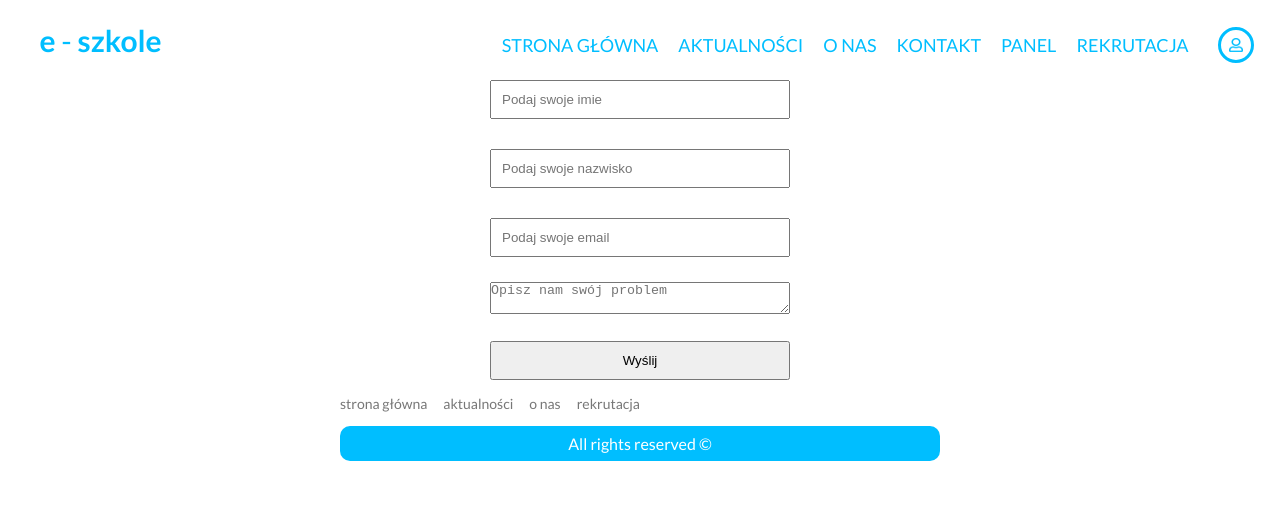
Repository: Votex874/e-szkole
Page: /kontakt (app in app/)
The author's editor kept a copy of each file at every save. The page is drawn from the files as they stood at one save, then again after a run of saves.
The browser window is 1280 px wide. The pictures show the whole page.
The project was rebuilt for these pictures with package versions that can differ from the ones it lists, and the page was loaded fresh each time. Also part of the build but not shown: app/src/components/News/Title/index.js, app/src/components/News/Content/index.js, app/src/components/News/Avatar/index.js, app/src/components/News/Footer/index.js, app/src/components/SectionTitle/index.js, app/src/components/News/index.js, app/src/components/AboutUs/Content/index.js, app/src/components/AboutUs/index.js and 21 more.

Above is the page before, as saved 2019-03-11 09:56:58.

### app/src/index.js
import React from 'react';
import ReactDOM from 'react-dom';
import App from './App';
import * as serviceWorker from './serviceWorker';
import { createStore } from 'redux';
import { Provider } from 'react-redux';
import rootReducer from './reducers/rootReducer'

const store = createStore(rootReducer);

ReactDOM.render(<Provider store={store}><App /></Provider>, document.getElementById('root'));

// If you want your app to work offline and load faster, you can change
// unregister() to register() below. Note this comes with some pitfalls.
// Learn more about service workers: http://bit.ly/CRA-PWA
serviceWorker.unregister();

### app/src/App.js
import React, { Component } from 'react';
import { Route, BrowserRouter, Switch } from 'react-router-dom'
import './reset.scss'

import Home from './containers/Home/index'
import Login from './containers/Login/index'
import Contact from './containers/Contact/index'
import News from './containers/News/index'
import About from './containers/About/index'
import Recruitment from './containers/Recruitment/index'

class App extends Component {
  render() {
    return (
      <BrowserRouter>
        <Switch>
          <Route exact path='/' component={Home} />
          <Route path='/login' component={Login} />
          <Route path='/kontakt' component={Contact} />
          <Route path='/blog' component={News} />
          <Route path='/o-nas' component={About} />
          <Route path='/rekrutacja' component={Recruitment} />
        </Switch>
      </BrowserRouter>
    );
  }
}

export default App;

### app/src/reset.scss
html, body, div, span, applet, object, iframe,
h1, h2, h3, h4, h5, h6, p, blockquote, pre,
a, abbr, acronym, address, big, cite, code,
del, dfn, em, img, ins, kbd, q, s, samp,
small, strike, strong, sub, sup, tt, var,
b, u, i, center,
dl, dt, dd, ol, ul, li,
fieldset, form, label, legend,
table, caption, tbody, tfoot, thead, tr, th, td,
article, aside, canvas, details, embed,
figure, figcaption, footer, header, hgroup,
menu, nav, output, ruby, section, summary,
time, mark, audio, video {
	margin: 0;
	padding: 0;
	border: 0;
	font-size: 100%;
	font: inherit;
	vertical-align: baseline;
}
/* HTML5 display-role reset for older browsers */
article, aside, details, figcaption, figure,
footer, header, hgroup, menu, nav, section {
	display: block;
}
body {
	line-height: 1;
}
ol, ul {
	list-style: none;
}
blockquote, q {
	quotes: none;
}
blockquote:before, blockquote:after,
q:before, q:after {
	content: '';
	content: none;
}
table {
	border-collapse: collapse;
	border-spacing: 0;
}
@import url('https://fonts.googleapis.com/css?family=Lato:300,300i,400,400i,700&amp;subset=latin-ext');

 body {
	font-family: 'Lato', sans-serif;
 }

 a{
	 text-decoration: none;
 }

### app/src/containers/Contact/index.js
import React, { Component } from 'react'

import HeaderMain from '../../components/HeaderMain/index';
import Footer from '../../components/Footer/index'
import Form from '../../components/Form/index'

class Contact extends Component {
  render(){
    return (
      <React.Fragment>
        <HeaderMain />
        <Form />
        <Footer />
      </React.Fragment>
    )
  }
}

export default Contact

### app/src/components/HeaderMain/index.js
import React, { Component } from 'react';
import styled from 'styled-components'
import Logo from '../Logo/index'
import Navigation from '../Nav/index'
import Hamburger from '../Hamburger/index'

const Header = styled.header`
 max-width: 1400px;
 height: 100px;
 margin: 0 auto;
 display: flex;
 justify-content: space-between;
 align-items: center;
 box-sizing: border-box;
 margin-top: 15px;
 @media (max-width: 1400px){
   width: 96%;
   height: 50px;
   align-items: center;
 }
`

class HeaderMain extends Component {
  constructor(props){
    super(props)

    this.state = {
      width: 0
    }
  }

  componentDidMount = () => {
    this.updateWindowDimensions();
    window.addEventListener('resize', this.updateWindowDimensions);
  }

  componentWillUnmount = () => {
    window.removeEventListener('resize', this.updateWindowDimensions);
  }

  updateWindowDimensions = () => {
    this.setState({ width: window.innerWidth });
  }

  render() {
    const { width } = this.state;
    return (
      <Header>
        <Logo />
        { width <= 767 ? <Hamburger /> : <Navigation /> }
      </Header>
    );
  }
}

export default HeaderMain;

### app/src/components/Footer/index.js
import React, { Component } from 'react'
import styled from 'styled-components'
import FooterNav from './FooterNav/index'
import { lightBlue } from '../../constColors'

const FooterContainer = styled.footer`
  width: 600px;
  margin: 0 auto;
  @media (max-width: 767px){
    width: 100%;
  }
`

const FooterBanner = styled.div`
  background-color: ${lightBlue};
  display: flex;
  justify-content: center;
  align-items: center;
  color: #fff;
  margin: 15px auto;
  height: 35px;
  border-radius: 10px;
  @media (max-width: 767px){
    width: 100%;
    border-radius: 0;
  }
`

class Footer extends Component {
  render(){
    return (
      <FooterContainer>
        <FooterNav />
        <FooterBanner>All rights reserved &copy; </FooterBanner>
      </FooterContainer>
    )
  }
}


export default Footer

### app/src/components/Form/index.js
import React, { Component } from 'react'
import styled from 'styled-components'

import Input from './Input/index'
import Textarea from './Textarea/index'

const FormContainer = styled.form`
  display: flex;
  flex-direction: column;
  width: 800px;
  margin: 0 auto;
  @media (max-width: 767px){
    width: 90%;
  }
`

class Form extends Component{
  constructor(props){
    super(props)

    this.state = {
      name: '',
      surname: '',
      email: '',
      content: '',
      formFields: [
        {
          name: 'name',
          type: 'text',
          value: '',
          placeholder: 'Podaj swoje imie',
          onChange: this.handleChangeName
        },
        {
          name: 'surname',
          type: 'text',
          value: '',
          placeholder: 'Podaj swoje nazwisko',
          onChange: this.handleChangeSurName
        },
        {
          name: 'email',
          type: 'email',
          value: '',
          placeholder: 'Podaj swój email',
          onChange: this.handleChangeEmail
        }
      ]
    }
  }

  handleChange = e => {
    this.setState({ [e.target.name]: e.target.value })
  }

  render(){
    const { name, surname, email, content } = this.state
    return (
      <FormContainer>
        <Input name="name" type="text" placeholder='Podaj swoje imie'
          onChange={this.handleChange}
          value={name} />
        <Input name="surname" type="text" placeholder='Podaj swoje nazwisko'
          onChange={this.handleChange}
          value={surname} />
        <Input name="email" type="email" placeholder='Podaj swoje email'
          onChange={this.handleChange}
          value={email} />
        <Textarea name="content" placeholder="Opisz nam swój problem"
          onChange={this.handleChange}
          value={content} />
        <Input type="submit" value="Wyślij" />
      </FormContainer>
    )
  }
}

export default Form

### app/src/components/Logo/index.js
import React, { Component } from 'react';
import styled from 'styled-components'
import { shineOnHover, lightBlue } from '../../constColors'
import { Link } from 'react-router-dom'

const Alink = styled.span`
  display: flex;
  flex-direction: column;
  justify-content: center;
  align-items: center;
  width: 225px;
  padding: 0 10px;
  text-decoration: none;
  font-size: 50px;
  @media (max-width: 767px) {
    width: 150px;
    height: auto;
    font-size: 28px;
    align-items: flex-start;
    justify-content: flex-start;
    padding: 0;
  }
  @media (min-width: 768px) and (max-width: 1400px) {
    width: 150px;
    font-size: 30px;
    padding: 0;
  }
  @media (min-width: 1401px){
    ${shineOnHover}
  }
`
const Span = styled.h1`
  color: ${lightBlue};
  transition: .2s;
`
const Bold = styled.b`
  font-weight: bold;
`

class Logo extends Component {
  constructor(props){
    super(props)

    this.state = {
      logoLink: '/'
    }
  }
  render() {
    const { logoLink } = this.state;
    return (
      <Link to={logoLink}>
        <Alink>
          <Span id='logo' className="logo2"><Bold>e</Bold> - <Bold>szkole</Bold></Span>
        </Alink>
      </Link>
    );
  }
}

export default Logo;

### app/src/components/Nav/index.js
import React, { Component } from 'react';
import { connect } from 'react-redux'
import styled from 'styled-components'
import SingleLink from './Link/index'
import LoginButton from './../LoginButton/index';


const Nav = styled.nav`
  display: flex;
  margin: 10px 20px 0 auto;
  @media (max-width: 767px){
    flex-direction: column;
    margin: 120px 0 0 0;
  }
`

class Navigation extends Component {

  render() {
    const { links } = this.props;
    let listOfLinks = [];
    let i = 0;
    for (const key of Object.keys(links)) {
      // console.log(key, links[key]);
      listOfLinks[i] = <SingleLink data={links[key]} key={key} />
      i++;
    }
    return (
      <React.Fragment>
        <Nav>
          {listOfLinks}
        </Nav>
        <LoginButton />
      </React.Fragment>
    );
  }
}

const mapStateToProps = (state) => {
  return {
    links: state.links
  }
}

export default connect(mapStateToProps)(Navigation);

### app/src/components/Hamburger/index.js
import React, { Component } from 'react';
import styled from 'styled-components'
import hamburgerImg from '../../images/icons/hamburger.png'
import times from '../../images/icons/times.png'
import Navigation from '../Nav/index'

const Hamburger = styled.div`
  width: 40px;
  height: 40px;
`

const HamburgerImg = styled.img`
  width: 100%;
  height: 100%;
  opacity: 1;
  transition: .4s;
  position: relative;
  z-index: 10;
`

const MobileContainer = styled.div`
  position: absolute;
  display: flex;
  flex-direction: column-reverse;
  top: 0;
  left: 0;
  width: 100vw;
  height: 100vh;
  background-color: #fff;
  opacity: .9;
  z-index: 1;
  transition: .3s;
`

class Hambuger extends Component {
  constructor(props){
    super(props)

    this.body = document.querySelector('body');

    this.state = {
      imgAlt: 'hamburgerMenuIcon',
      imgSrc: hamburgerImg,
      fade: 1,
      displayMobile: 'none'
    }
  }

  handleHamburger = () => {
    const { imgSrc } = this.state;
    setTimeout( () => {
      if (imgSrc !== hamburgerImg) {
        this.body.style.overflow = "auto";
        this.setState({
          imgSrc: hamburgerImg,
          displayMobile: 'none',
          fade: 1
        })
      } else {
        this.body.style.overflow = "hidden";
        this.setState({
          imgSrc: times,
          displayMobile: 'block',
          fade: 1
        })
      }
    }, 400)
    this.setState({
      fade: 0
    })
  }

  render() {
    const { imgAlt, imgSrc, fade, displayMobile } = this.state
    return (
      <Hamburger>
        <HamburgerImg style={{opacity: fade}} src={imgSrc} alt={imgAlt} onClick={this.handleHamburger}/>
        <MobileContainer style={{display: displayMobile}}>
          <Navigation />
        </MobileContainer>
      </Hamburger>
    );
  }
}


export default Hambuger;

### app/src/components/Footer/FooterNav/index.js
import React, { Component } from 'react'
import styled from 'styled-components'
import NavLink from './NavLink/index'
import { connect } from 'react-redux'

const NavContainer = styled.nav`
  display: flex;
  justify-content: space-between;
  width: 50%;
  @media (max-width: 767px){
    width: 90%;
    margin: 0 auto;
  }
`

class FooterNav extends Component {
  constructor(props){
    super(props)

    this.state = {
      nav: []
    }
  }
  componentDidMount = () => {
    const { links } = this.props
    let listOfNavs = [];
    let i = 0;
    for (const key of Object.keys(links)) {
      if(links[key].basic === 'true'){
        listOfNavs[i] =
          <NavLink name={links[key].name} url={links[key].url} key={key} />
        i++;
      }
    }
    this.setState({
      nav: listOfNavs
    })
  }

  render(){
    const { nav } = this.state;
    return(
      <NavContainer>
        {nav}
      </NavContainer>
    )
  }
}

const mapStateToProps = (state) => {
  return {
    links: state.links
  }
}

export default connect(mapStateToProps)(FooterNav);

### app/src/constColors.js
const brown = '#BF5000';
const greenDark = '#008723';
const greenLight = '#34BD56';
const lightBlue = '#00BEFF';
const turquoise = '#fff';
const darkBlue = '#0057AE';

const shineOnHover = `
position: relative;
    overflow: hidden;
    display: inline-block;
    border-radius: 5px;
    text-align: center;
    line-height: 50px;

  &:after {
    content: "";
    position: absolute;
    top: -110%;
    left: -210%;
    width: 200%;
    height: 200%;
    opacity: 0;
    /* transform: rotate(30deg); */

    background: rgba(0, 190, 255, 0.13);
    background: linear-gradient(
      to right,
      rgba(0, 190, 255, 0.13) 0%,
      rgba(0, 190, 255, 0.13) 77%,
      rgba(0, 190, 255, 0.5) 92%,
      rgba(0, 190, 255, 0.0) 100%
    );
  }

  &:hover:after {
    opacity: 1;
    top: -30%;
    left: -30%;
    transition-property: left, top, opacity;
    transition-duration: 0.7s, 0.7s, 0.15s;
    transition-timing-function: ease;
  }


  &:active:after {
    opacity: 0;
  }
`

export { brown, greenLight, greenDark, lightBlue, shineOnHover, turquoise, darkBlue }

### app/src/components/Form/Input/index.js
import React, { Component } from 'react'
import styled from 'styled-components'

const LabelElement = styled.label`
  width: 300px;
  margin: 10px auto;
  padding: 5px 0;
  @media (max-width: 767px){
    width: 280px;
  }
`

const InputElement = styled.input`
  width: 100%;
  box-sizing: border-box;
  margin: 0 auto;
  padding: 10px;
`

class Input extends Component {
  render() {
    const { type, name, value, placeholder, onChange } = this.props
    return (
      <LabelElement>
        <InputElement type={type} name={name} onChange={onChange} value={value} placeholder={placeholder} />
      </LabelElement>
    )
  }
}

export default Input

### app/src/components/Form/Textarea/index.js
import React, { Component } from 'react'
import styled from 'styled-components'

const LabelElement = styled.label`
  width: 300px;
  margin: 10px auto;
  @media (max-width: 767px){
    width: 280px;
  }
`

const TextareaElement = styled.textarea`
  width: 100%;
  box-sizing: border-box;
  margin: 0 auto;
  padding: 0;
`

class Textarea extends Component {
  render() {
    const { name, value, placeholder, onChange } = this.props
    return (
      <LabelElement>
        <TextareaElement name={name} onChange={onChange} value={value} placeholder={placeholder} />
      </LabelElement>
    )
  }
}

export default Textarea

### app/src/components/Nav/Link/index.js
import React from 'react';
import styled from 'styled-components'
import { shineOnHover, lightBlue } from '../../../constColors'
import { Link } from 'react-router-dom'

const Alink = styled.span`
  text-decoration: none;
  color: ${lightBlue};
  margin: 10px 0;
  padding: 0 12px;
  font-size: 20px;
  text-transform: uppercase;
  text-align: center;

  @media (max-width: 767px){
    font-size: 24px;
    display: flex;
    justify-content: center;
    align-items: center;
  }
  @media (min-width: 768px) and (max-width: 1050px){
    font-size: 14px;
    margin: 10px 0;
    padding: 4px;
  }
  @media (min-width: 1051px) and (max-width: 1400px){
    font-size: 18px;
    margin: 10px 0;
    padding: 0 10px;
  }
  @media (min-width: 1401px){
    ${shineOnHover}
}
`

const SingleLink = ({ data }) => {
  const handleClick = () => {
    document.querySelector('body').style.overflow = "auto";
  }
  return (
    <Link onClick={handleClick} to={data.url}>
      <Alink>
        {data.name}
      </Alink>
    </Link>
  )
}

export default SingleLink;

### app/src/components/LoginButton/index.js
import React, { Component } from 'react';
import styled from 'styled-components'
import imgUser from '../../images/icons/loginUser.png'
import { shineOnHover, lightBlue } from '../../constColors'
import { Link } from 'react-router-dom'

const ButtonAlink = styled.span`
  width: 160px;
  height: 30px;
  font-size: 14px;
  text-transform: uppercase;
  font-weight: bold;
  text-decoration: none;
  display: flex;
  justify-content: center;
  align-items: center;
  border-radius: 20px;
  border: 3px solid ${lightBlue};
  margin-top: 10px;
  @media (max-width: 767px){
    position: absolute;
    top: 15px;
    left: 10px;
    width: 220px;
    height: 40px;
    font-size: 24px;
  }
  @media (min-width: 768px) and (max-width: 1400px){
    width: 30px;
  }
  @media (min-width: 1401px){
    ${shineOnHover}
    border-radius: 20px;
    line-height: normal;
    display: flex;
  }
`

const IconImg = styled.img`
  background-position: center;
  background-size: cover;
  background-repeat: no-repeat;
  margin-left: 15px;
  width: 14px;
  height: 14px;
  @media (max-width: 767px){
    width: 26px;
    height: 26px;
  }
  @media (min-width: 768px) and (max-width: 1400px){
    margin-left: 0;
  }
`
const SpanText = styled.span`
  color: ${lightBlue};
  @media (min-width: 768px) and (max-width: 1400px){
    display: none;
  }
`

class LoginButton extends Component {
  constructor(props){
    super(props)

    this.state = {
      loginLink: '/login'
    }
  }

  handleEnableScroll = () => {
    document.querySelector('body').style.overflow = "auto";
  }

  render() {
    const { loginLink } = this.state;
    return (
      <Link onClick={this.handleEnableScroll} to={loginLink} >
        <ButtonAlink>
          <SpanText>zaloguj się</SpanText>
          <IconImg src={imgUser} />
        </ButtonAlink>
      </Link>
    );
  }
}

export default LoginButton;

### app/src/components/Footer/FooterNav/NavLink/index.js
import React from 'react'
import styled from 'styled-components'
import { Link } from 'react-router-dom'

const Alink = styled.span`
  text-decoration: none;
  font-size: 14px;
  color: #777;
  @media (max-width: 767px){
    font-size: 12px;
  }
  @media (min-width: 768px) and (max-width: 1400px){
    font-size: 14px;
  }
`


const NavLink = ({ name, url }) => {
  return (
    <Link to={url}>
      <Alink>{name}</Alink>
    </Link>
  )
}

export default NavLink

Loaded but not shown: app/public/index.html (common file); app/src/serviceWorker.js (common file); app/src/reducers/rootReducer.js (169 lines, source omitted)

After the next 2 saves:
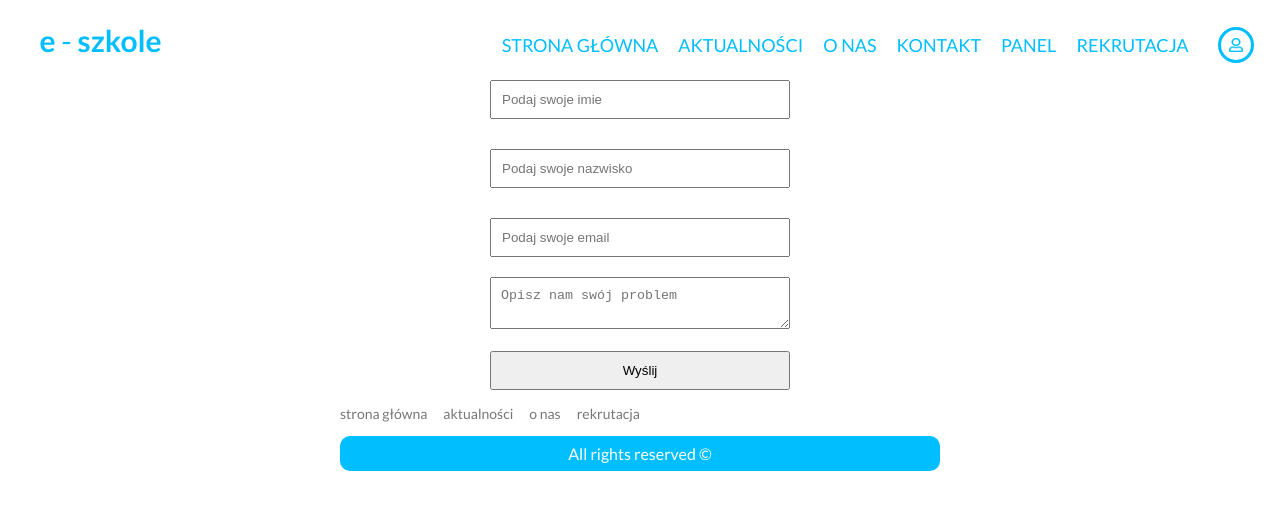
The 2 saves are shown as one change because they came seconds apart.
The last was saved 14 s later.
--- a/app/src/components/Form/Textarea/index.js
+++ b/app/src/components/Form/Textarea/index.js
@@ -3,7 +3,7 @@ import styled from 'styled-components'
 
 const LabelElement = styled.label`
   width: 300px;
-  margin: 10px auto;
+  margin: 5px auto;
   @media (max-width: 767px){
     width: 280px;
   }
@@ -13,7 +13,7 @@ const TextareaElement = styled.textarea`
   width: 100%;
   box-sizing: border-box;
   margin: 0 auto;
-  padding: 0;
+  padding: 10px;
 `
 
 class Textarea extends Component {
